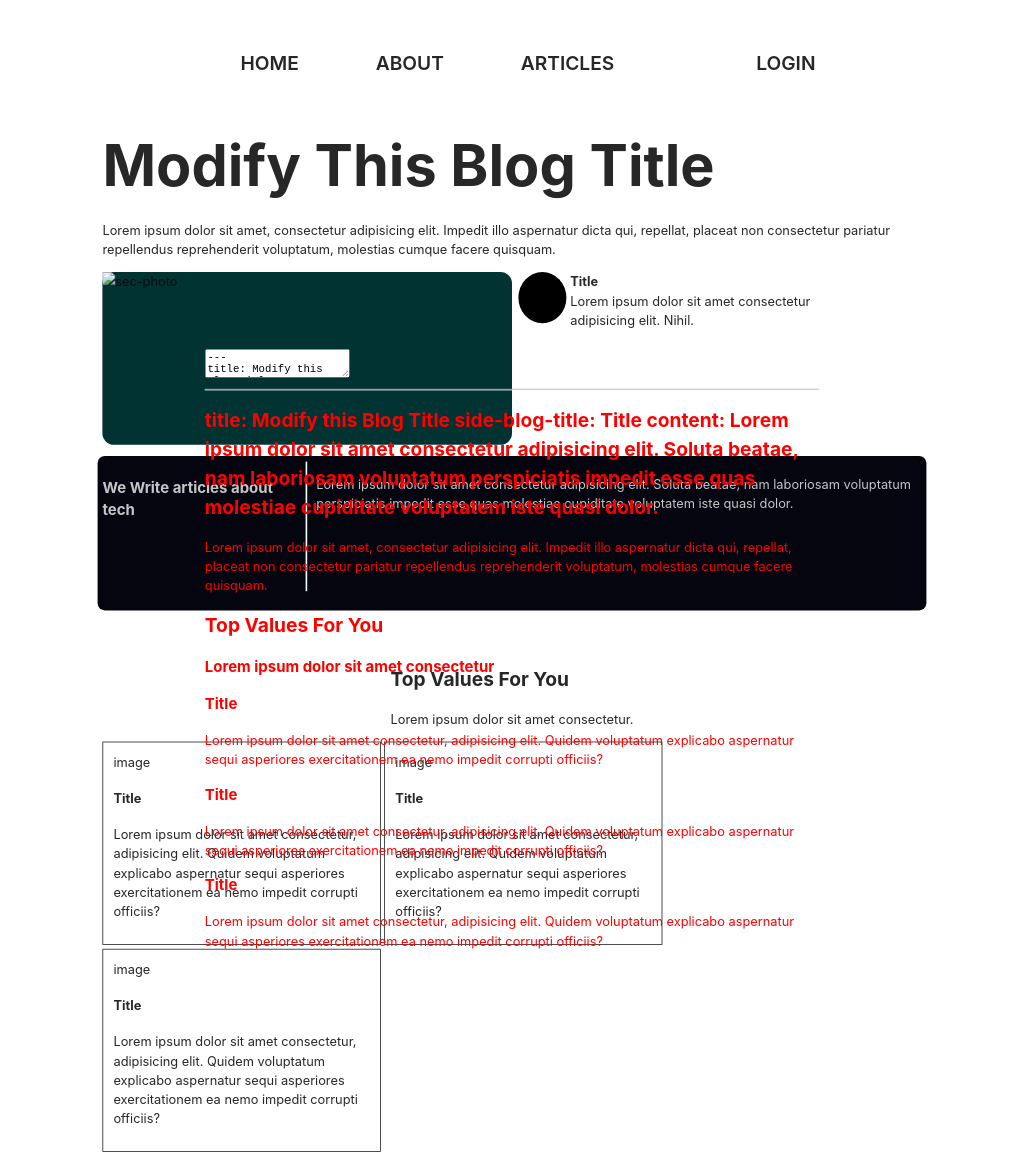
Repository: ValGrace/-static-site
Page: /home (app in client/)
The author's editor kept a copy of each file at every save. The page is drawn from the files as they stood at one save, then again after the next save.
The browser window is 1280 px wide. The pictures show the whole page, at 80% of full size.
The project was rebuilt for these pictures with package versions that can differ from the ones it lists, and the page was loaded fresh each time. Also part of the build but not shown: client/vite.config.js, client/src/Utils/appwrite.js, client/src/Components/Inputs.css, client/src/Components/Login.jsx, client/src/Components/Signup.jsx, client/src/Pages/aboutPage.jsx, client/src/Pages/Articles.jsx.

Above is the page before, as saved 2023-02-12 11:57:31.

After the next save:
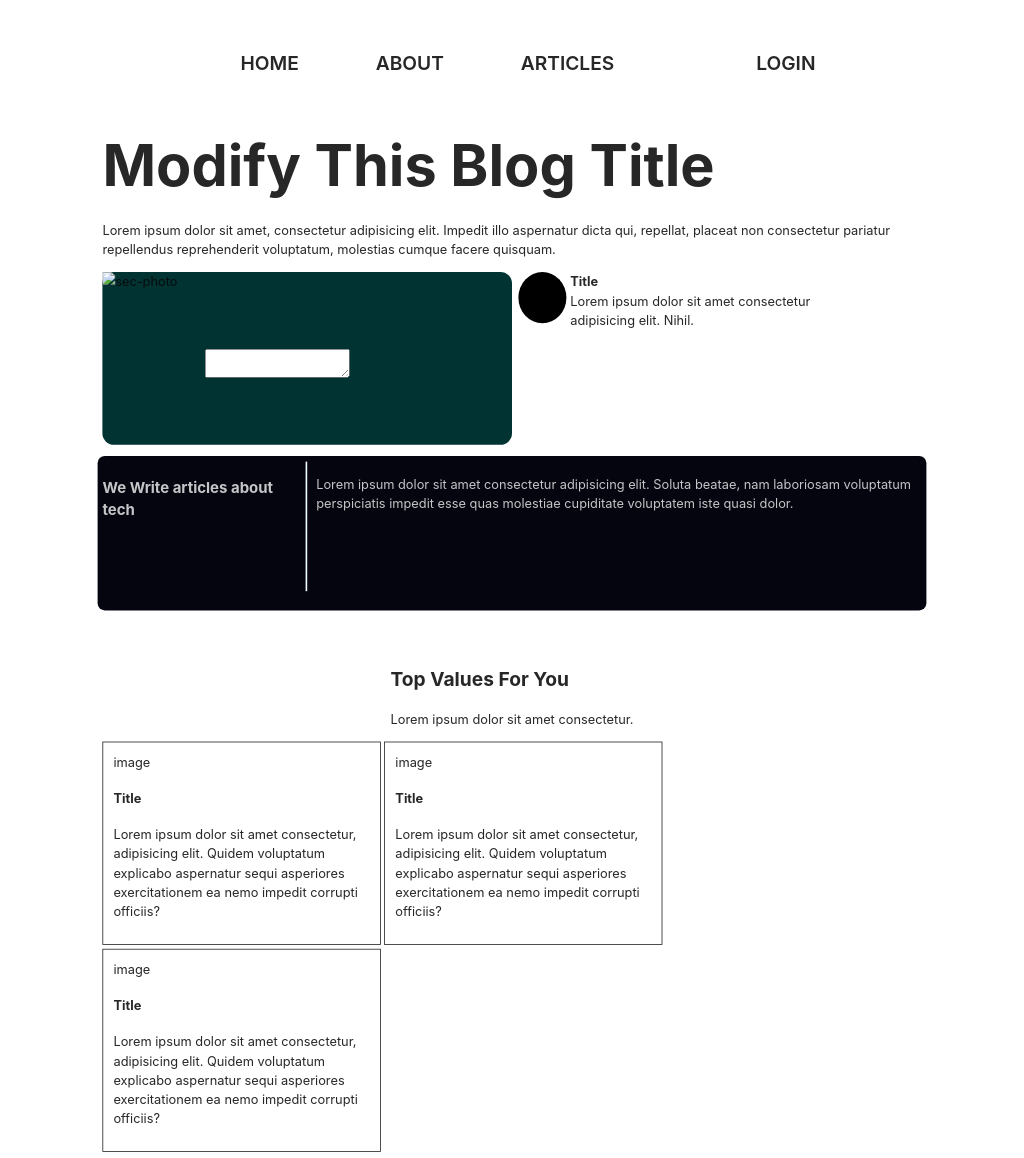
Saved 82 s later.
--- a/client/src/Pages/HomePage.jsx
+++ b/client/src/Pages/HomePage.jsx
@@ -7,11 +7,11 @@ import { HomeContext } from "../MdFiles/MdFileContext"
 import ReactMarkdown from "react-markdown"
 const HomePage = () => {
     const [markdown, setMarkdown] = useState("")
-    useEffect(() => {
-        fetch(HomeContext)
-           .then((res) => res.text())
-           .then((text) => setMarkdown(text))
-    })
+    // useEffect(() => {
+    //     fetch(HomeContext)
+    //        .then((res) => res.text())
+    //        .then((text) => setMarkdown(text))
+    // })
     const editMdFile =(event) => {
         setMarkdown(event.target.value)
     }

After the save that followed:
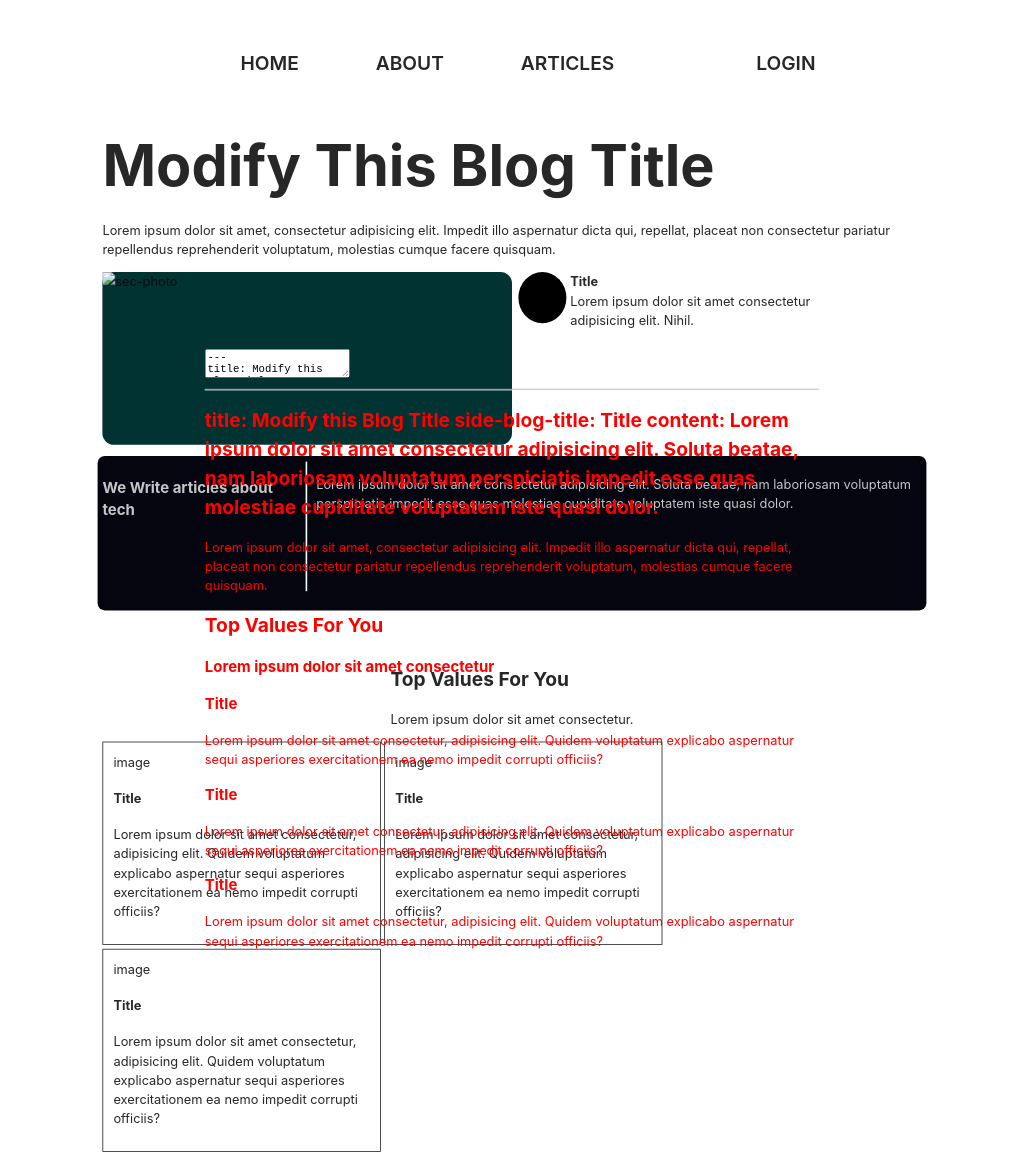
Saved 38 s later.
--- a/client/src/Pages/HomePage.jsx
+++ b/client/src/Pages/HomePage.jsx
@@ -7,11 +7,11 @@ import { HomeContext } from "../MdFiles/MdFileContext"
 import ReactMarkdown from "react-markdown"
 const HomePage = () => {
     const [markdown, setMarkdown] = useState("")
-    // useEffect(() => {
-    //     fetch(HomeContext)
-    //        .then((res) => res.text())
-    //        .then((text) => setMarkdown(text))
-    // })
+    useEffect(() => {
+        fetch(HomeContext)
+           .then((res) => res.text())
+           .then((text) => setMarkdown(`${text}`))
+    })
     const editMdFile =(event) => {
         setMarkdown(event.target.value)
     }
